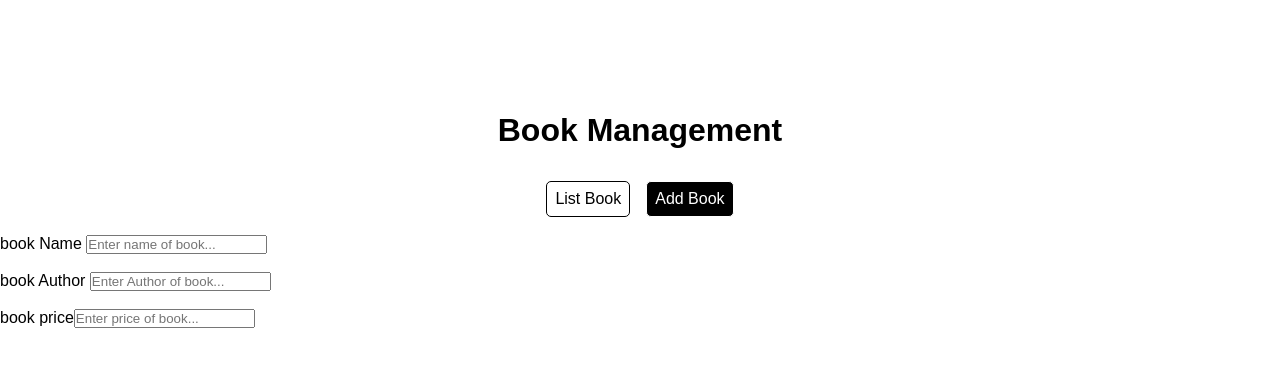
Repository: wakoya-tech/e-library-app1
Page: /add
The author's editor kept a copy of each file at every save. The page is drawn from the files as they stood at one save, then again after the next save.
The browser window is 1280 px wide. The pictures show the whole page.
The project was rebuilt for these pictures with package versions that can differ from the ones it lists, and the page was loaded fresh each time. Also part of the build but not shown: vite.config.js, src/components/ListBook.jsx.

Above is the page before, as saved 2025-10-11 22:40:16.

After the next save:
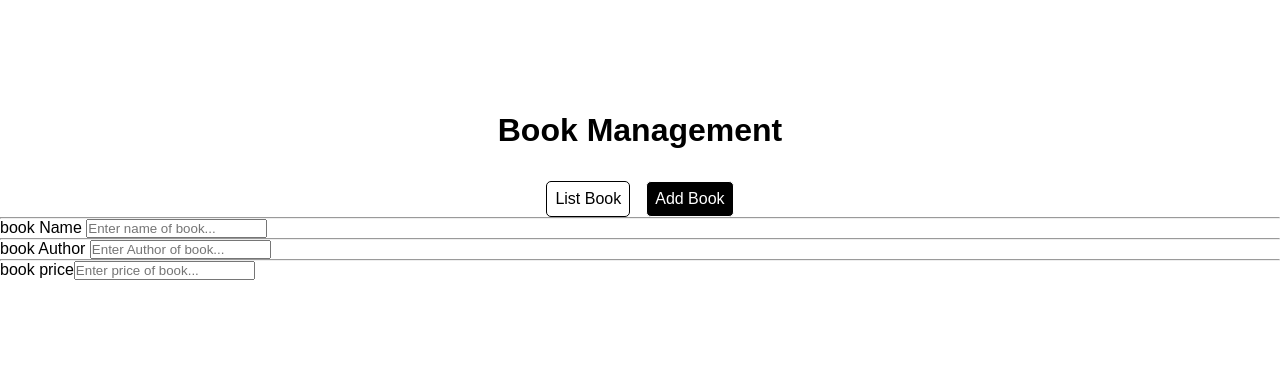
Saved 16 s later.
--- a/src/form/BookForm.jsx
+++ b/src/form/BookForm.jsx
@@ -3,7 +3,7 @@
 const  BookForm=()=> {
     const renderInputField = (label,placeholder,name)=>(
         <div className="inputField">
-            <br />
+            <hr />
        <label>{label}</label>
             <input name={name} type="text" placeholder={placeholder} />
         </div>
